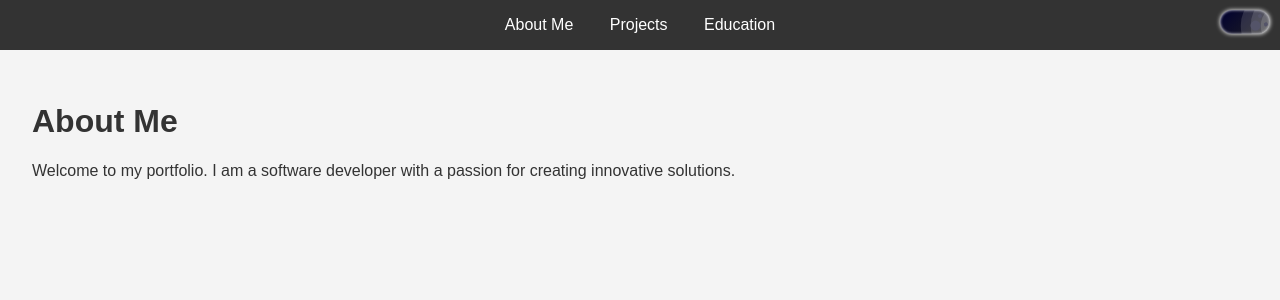
Repository: yssine/Portfolio
Page: http://localhost/
The author's editor kept a copy of each file at every save. The page is drawn from the files as they stood at one save, then again after the next save.
The browser window is 1280 px wide. The pictures show the whole page.
The first `input` is checked.
The page is served by the project's application, run on Flask 3 (app.py).

Above is the page before, as saved 2024-07-10 23:21:38.

After the next save:
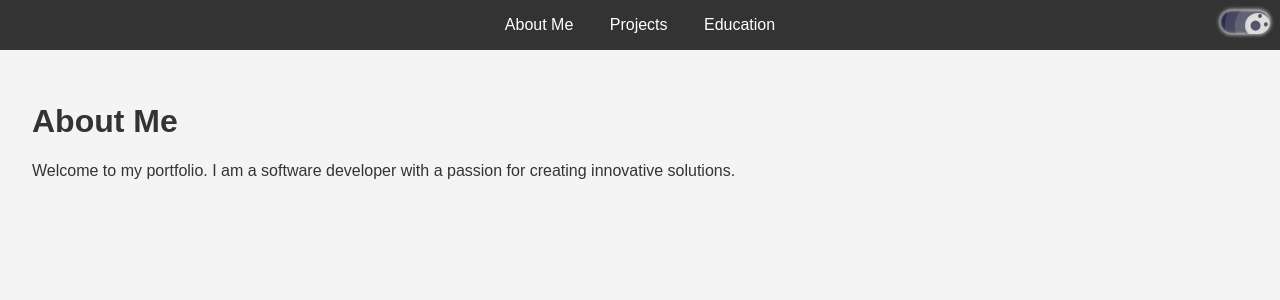
Saved 74 s later.
--- a/static/style.css
+++ b/static/style.css
@@ -181,7 +181,7 @@ input:checked + .slider:before {
     background: var(--moon);
     -webkit-transform: translateX(180%);
     -ms-transform: translateX(180%);
-    transform: translateX(180%);
+    transform: translateX(80%);
     box-shadow:
       inset 0 -1px 2px var(--moon-shadow),
       0 1px 2px var(--shadow-03),
